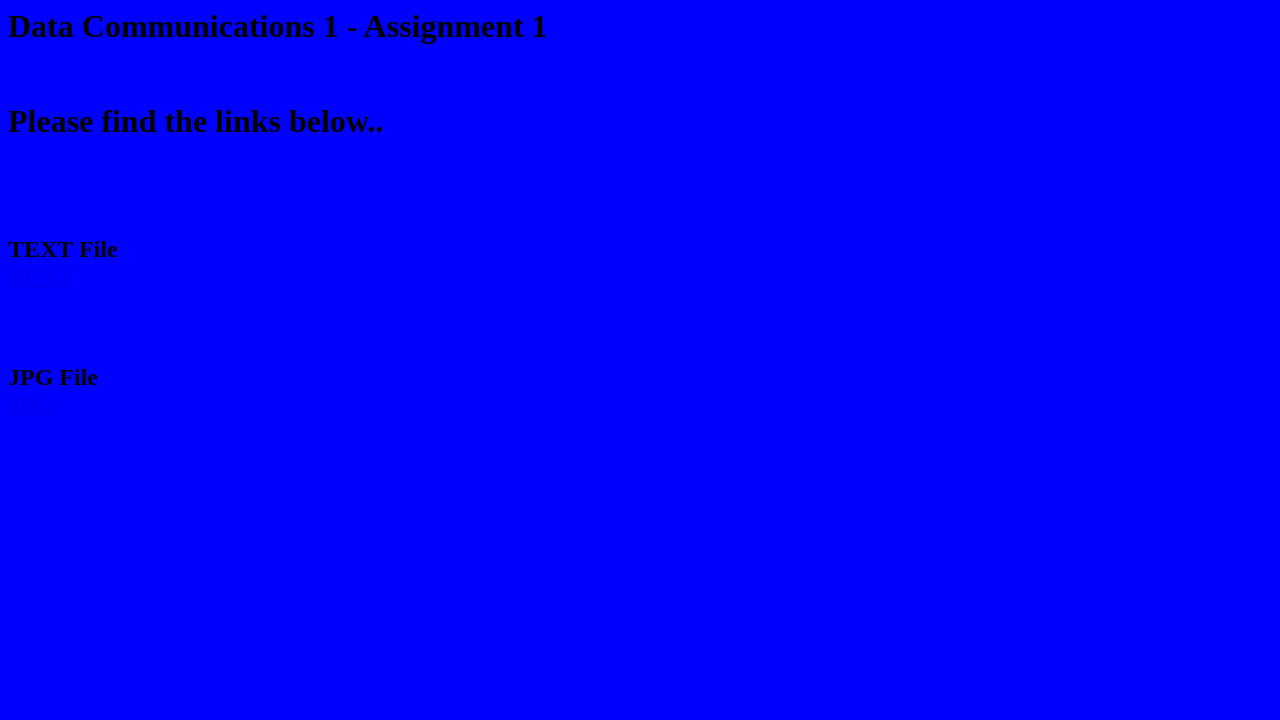
Repository: RaghavTVel/CUB_Codes
Page: eclipse_workspace/DataCommAssignment1/www/index.html
An editor plug-in stored every save of this project. The page is shown before and after the next save, followed by the edit.
The browser window is 1280 px wide. The pictures show the whole page.

Above is the page before, as saved 2015-09-08 05:47:53.

### eclipse_workspace/DataCommAssignment1/www/index.html
<html>

<head>
<h1>
Data Communications 1 - Assignment 1<br><br>
</h1>
</head>

<title>
Data Communications 1 - Assignment 1
</title>

<body bgcolor='blue'>

<p>
<h1>
Please find the links below..<br><br><br>
</h1>
</p>

<p>
<h2>
TEXT File<br>
<a href="text/thankyou.txt">TEXT</a><br><br><br>
</h2>
</p>

<p>
<h2>
JPG File<br>
<a href="images/space-wallpapers-9.jpg">JPG</a><br><br><br>
</h2>
</p>

</body>

</html>

After the next save:
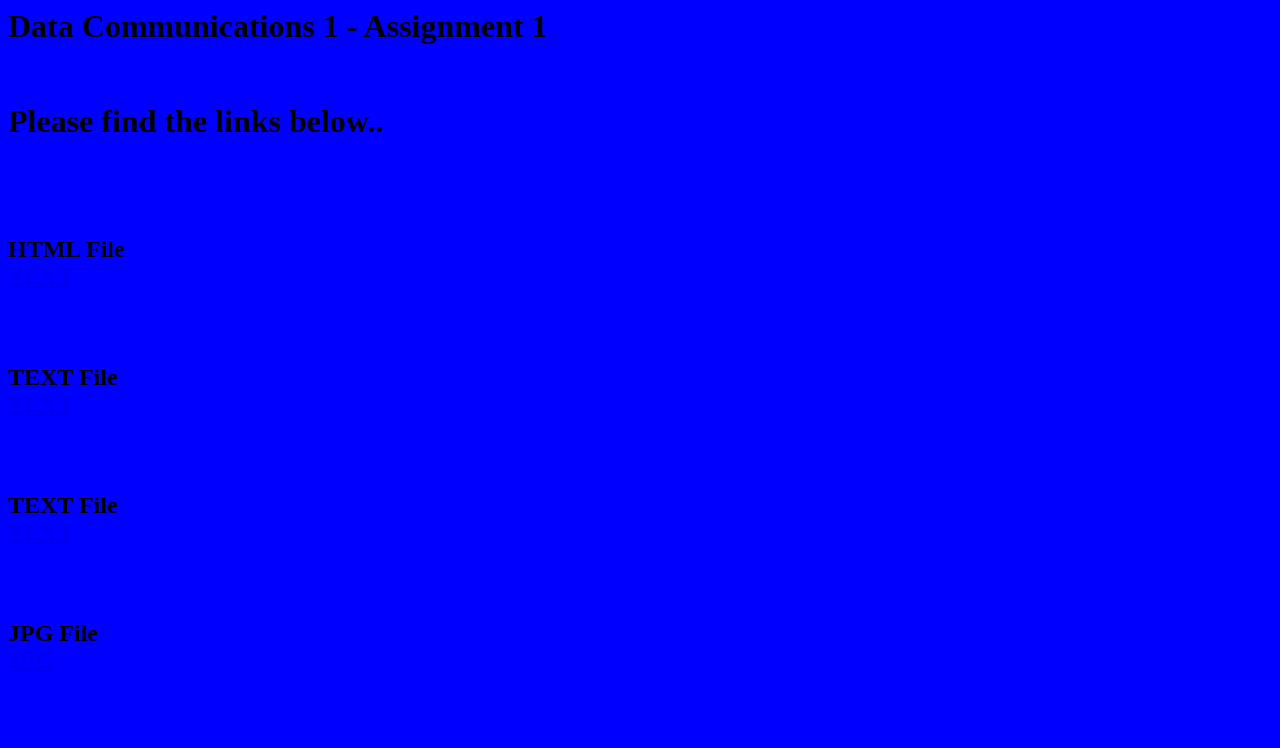
Saved 114 min 45 s later.
--- a/eclipse_workspace/DataCommAssignment1/www/index.html
+++ b/eclipse_workspace/DataCommAssignment1/www/index.html
@@ -20,6 +20,20 @@ Please find the links below..<br><br><br>
 
 <p>
 <h2>
+HTML File<br>
+<a href="text/thankyou.txt">TEXT</a><br><br><br>
+</h2>
+</p>
+
+<p>
+<h2>
+TEXT File<br>
+<a href="text/thankyou.txt">TEXT</a><br><br><br>
+</h2>
+</p>
+
+<p>
+<h2>
 TEXT File<br>
 <a href="text/thankyou.txt">TEXT</a><br><br><br>
 </h2>
